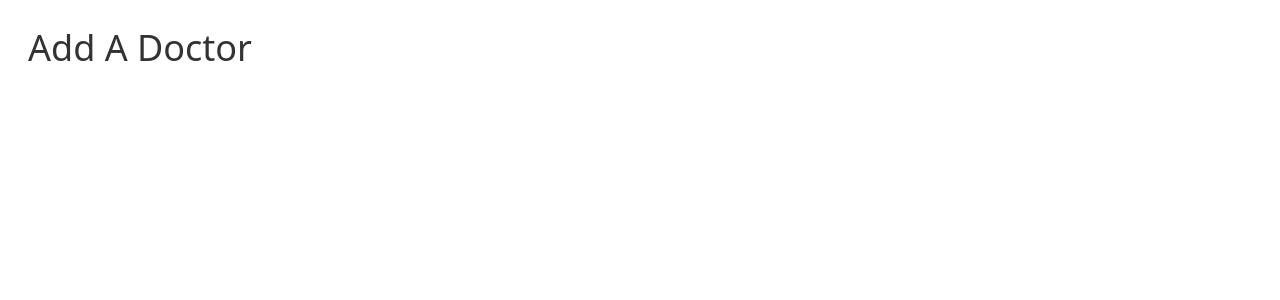
Repository: mdrubel02/yummy-yums-client
Page: /
These files come from the project's save history. The page is drawn as it stood at one moment and after the next save; the edit follows.
The browser window is 1280 px wide. The pictures show the whole page.
The project was rebuilt for these pictures with package versions that can differ from the ones it lists, and the page was loaded fresh each time. Also part of the build but not shown: vite.config.js.

Above is the page before, as saved 2023-04-06 17:35:25.

After the next save:
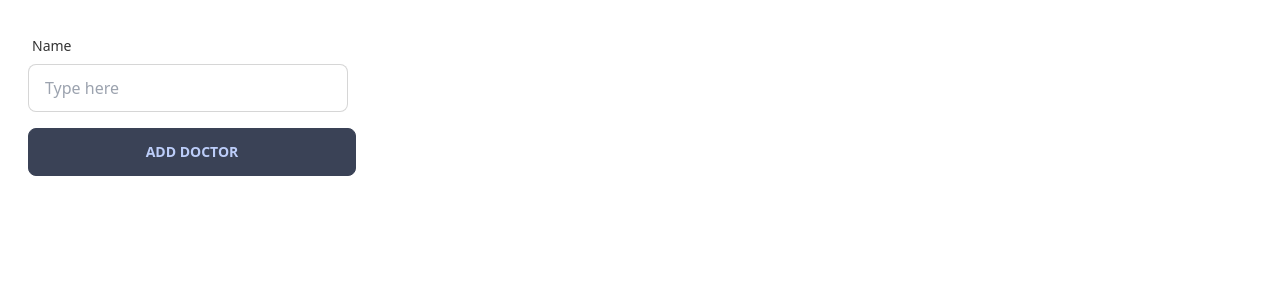
Saved 54 s later.
--- a/src/Components/Home/Home.js
+++ b/src/Components/Home/Home.js
@@ -4,14 +4,14 @@ const Home = () => {
     return (
         <div className='w-96 p-7'>
 
-            <h2 className="text-4xl">Add A Doctor</h2>
-            {/* <form >
+            {/* <h2 className="text-4xl">Add A Doctor</h2>  */}
+            <form >
                 <div className="form-control w-full max-w-xs">
                     <label className="label"> <span className="label-text">Name</span></label>
                     <input type="text" placeholder="Type here" className="input input-bordered w-full max-w-xs" />
                 </div>
                 <input className='btn btn-accent w-full mt-4' value="Add Doctor" type="submit" />
-            </form> */}
+            </form>
 
 
         </div>
